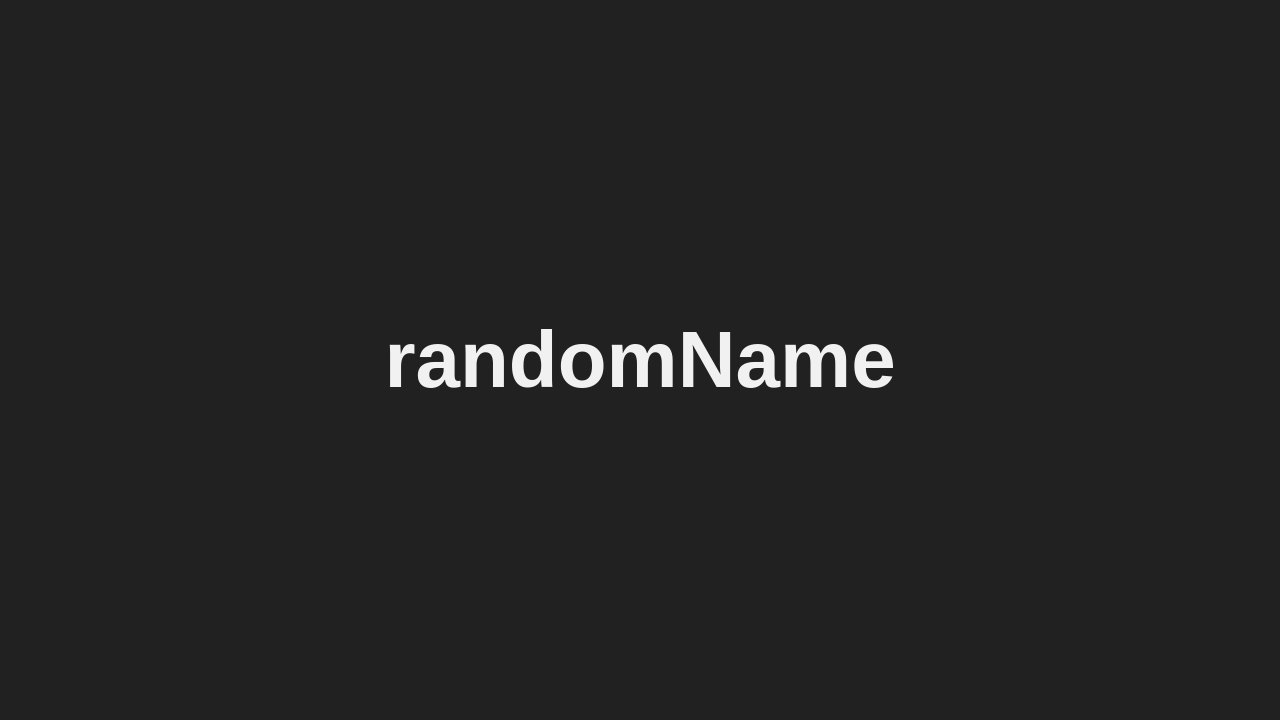
Repository: odiloalmeida/inever
Page: index.html
An editor plug-in stored every save of this project. The page is shown before and after the next save, followed by the edit.
The browser window is 1280 px wide. The pictures show the whole page.

Above is the page before, as saved 2023-01-31 19:55:54.

### index.html
<!DOCTYPE html>
<html lang="en">
<head>
    <meta charset="UTF-8">
    <meta http-equiv="X-UA-Compatible" content="IE=edge">
    <meta name="viewport" content="width=device-width, initial-scale=1.0">
    <link rel="stylesheet" href="./style.css">
    <title>18+ I Never</title>

</head>

<body>
    <button id="myButton" onclick="changeButtonName()">randomName</button>
</body>

<script>

    function changeButtonName() {
        console.log('Eu cliquei')
        var button = document.getElementById("myButton");
        var names = ["Submit", "Click Me", "Go", "Press", "Submit Now"];
        var randomName = names[Math.floor(Math.random() * names.length)];
        button.innerHTML = randomName;
    }

</script>

</html>

### style.css
* {
    padding: 0;
    margin: 0;
    box-sizing: border-box;
}

body {
    width: 100vw;
    height: 100vh;
    background-color: #212121;
    display: flex;
    flex-direction: column;
    align-items: center;
    justify-content: center;
}

button {
    background-color: transparent;
    height: 100vh;
    width: 100vw;
    border: none;
    color: #f1f1f1;
    font-weight: bold;
    font-size: 5rem;
}

After the next save:
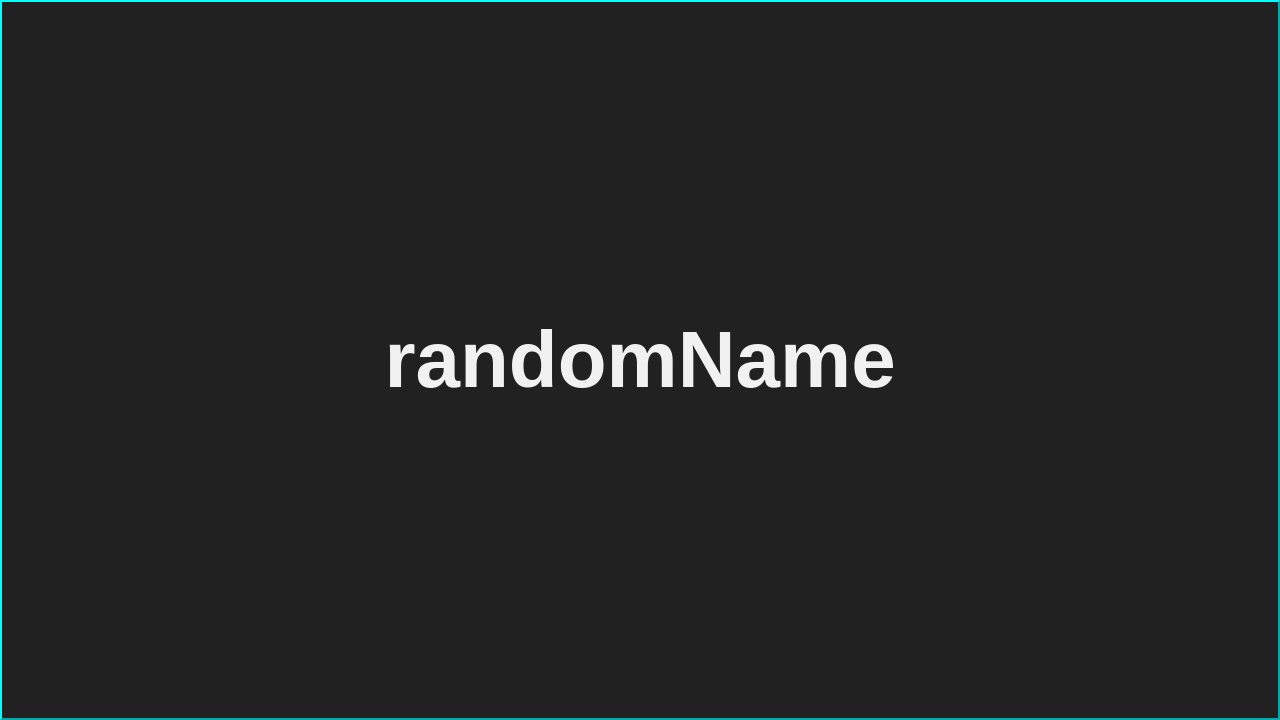
Saved 31 s later.
--- a/style.css
+++ b/style.css
@@ -18,7 +18,7 @@ button {
     background-color: transparent;
     height: 100vh;
     width: 100vw;
-    border: none;
+    border-color: aqua;
     color: #f1f1f1;
     font-weight: bold;
     font-size: 5rem;
